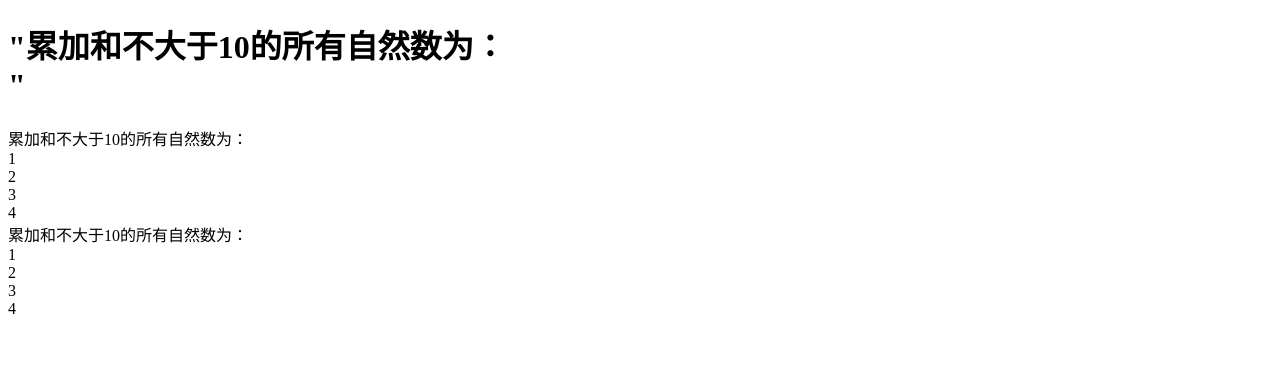
Repository: bookFireFly/bookFireFly
Page: JavaScriptMingriBook/Main/07累计和不大于10的自然数.html
An editor plug-in stored every save of this project. The page is shown before and after the next save, followed by the edit.
The browser window is 1280 px wide. The pictures show the whole page.

Above is the page before, as saved 2017-10-18 14:58:43.

After the next save:
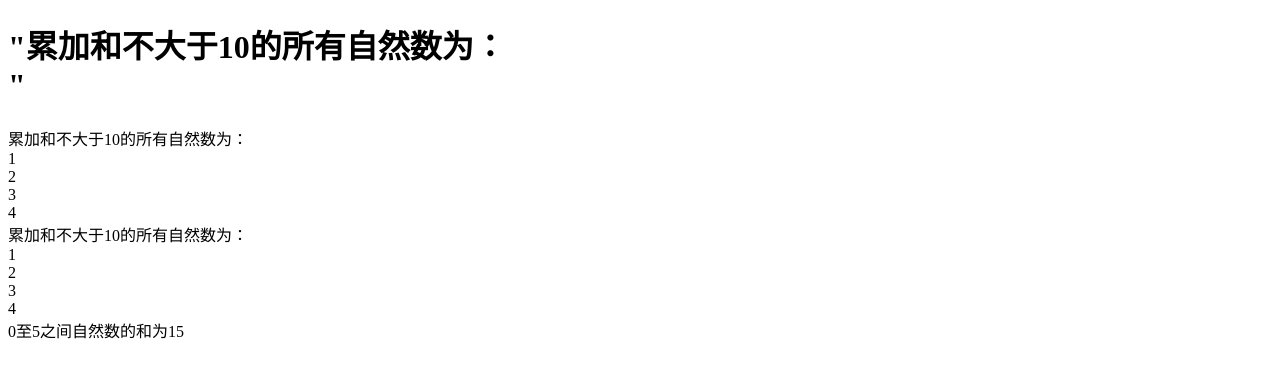
Saved 3 min 18 s later.
--- a/JavaScriptMingriBook/Main/07累计和不大于10的自然数.html
+++ b/JavaScriptMingriBook/Main/07累计和不大于10的自然数.html
@@ -27,7 +27,12 @@
 }while(sum<10);
 </script>
 <script type="text/javascript">
-
+var sum=0;
+for(i=0;i<100;i++){
+	sum=sum+i
+	if(sum>10) break;
+}
+document.write("0至"+i+"之间自然数的和为"+sum);
 </script>
 </body>
 </html>

After the save that followed:
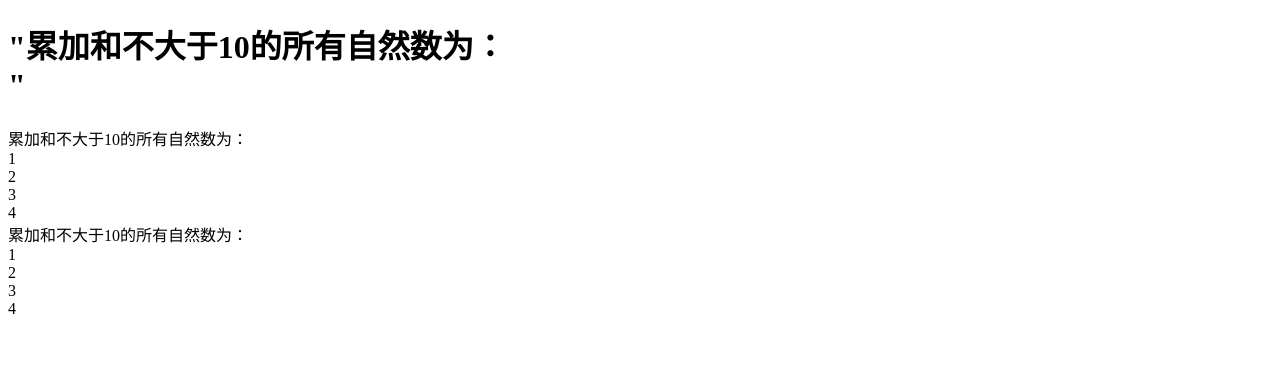
Console error: SyntaxError: Unexpected token '<'
Saved 49 s later.
--- a/JavaScriptMingriBook/Main/07累计和不大于10的自然数.html
+++ b/JavaScriptMingriBook/Main/07累计和不大于10的自然数.html
@@ -33,6 +33,7 @@
 	if(sum>10) break;
 }
 document.write("0至"+i+"之间自然数的和为"+sum);
+<h1>66<h1>;
 </script>
 </body>
 </html>
